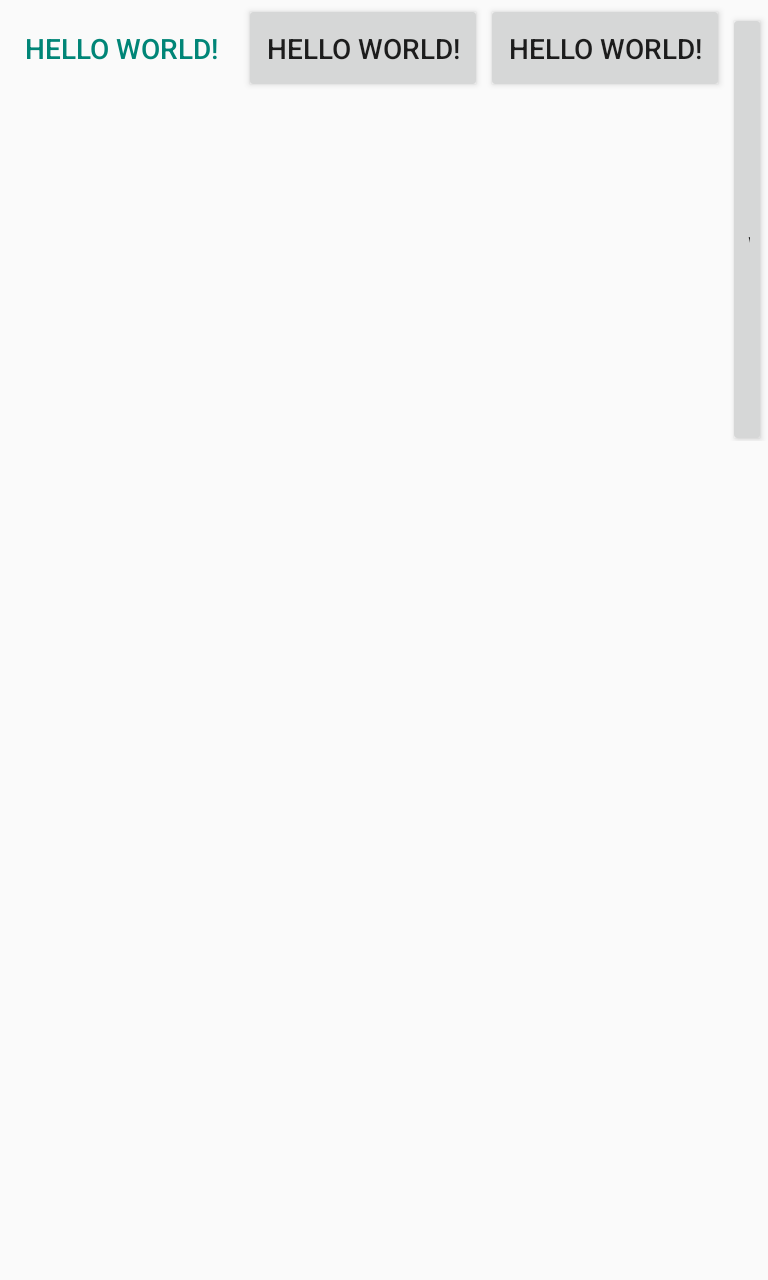
Repository: sdenom01/Anduino
Layout: Anduino/res/layout/activity_main.xml
These files come from the project's save history. The layout is drawn as it stood at one moment and after the next save; the edit follows.
It is drawn on a 768 x 1280 px phone screen (xhdpi) without system bars, with theme AppTheme; the app's code is not run. Lists and similar views that code fills are empty.

Above is the layout before, as saved 2014-07-08 21:02:08.

### Anduino/res/layout/activity_main.xml
<LinearLayout xmlns:android="http://schemas.android.com/apk/res/android"
    xmlns:tools="http://schemas.android.com/tools"
    android:layout_width="match_parent"
    android:layout_height="match_parent"
    android:orientation="vertical"
    tools:context="${packageName}.${activityClass}" >

    <LinearLayout
        android:layout_width="wrap_content"
        android:layout_height="wrap_content"
        android:orientation="horizontal" >

        <Button
            android:id="@+id/button1"
            style="?android:attr/buttonBarButtonStyle"
            android:layout_width="wrap_content"
            android:layout_height="wrap_content"
            android:clickable="true"
            android:onClick="on"
            android:text="@string/On" />

        <Button
            android:id="@+id/button2"
            android:layout_width="wrap_content"
            android:layout_height="wrap_content"
            android:clickable="true"
            android:onClick="off"
            android:text="@string/Off" />

        <Button
            android:id="@+id/button3"
            android:layout_width="wrap_content"
            android:layout_height="wrap_content"
            android:clickable="true"
            android:onClick="visible"
            android:text="@string/Visible" />

        <Button
            android:id="@+id/button4"
            android:layout_width="wrap_content"
            android:layout_height="wrap_content"
            android:clickable="true"
            android:onClick="list"
            android:text="@string/List" />
    </LinearLayout>

    <LinearLayout
        android:layout_width="wrap_content"
        android:layout_height="wrap_content"
        android:orientation="horizontal" >

        <ListView
            android:id="@+id/listView1"
            android:layout_width="wrap_content"
            android:layout_height="wrap_content" />
    </LinearLayout>

</LinearLayout>

### Anduino/res/values/strings.xml
<?xml version="1.0" encoding="utf-8"?>
<resources>

    <string name="app_name">Anduino</string>
    <string name="On">Hello world!</string>
    <string name="Visible">Hello world!</string>
    <string name="List">Hello world!</string>
    <string name="Off">Hello world!</string>

</resources>

Loaded but not shown: Anduino/res/values/styles.xml (common file); Anduino/res/values-v11/styles.xml (common file); Anduino/res/values-v14/styles.xml (common file)

After the next save:
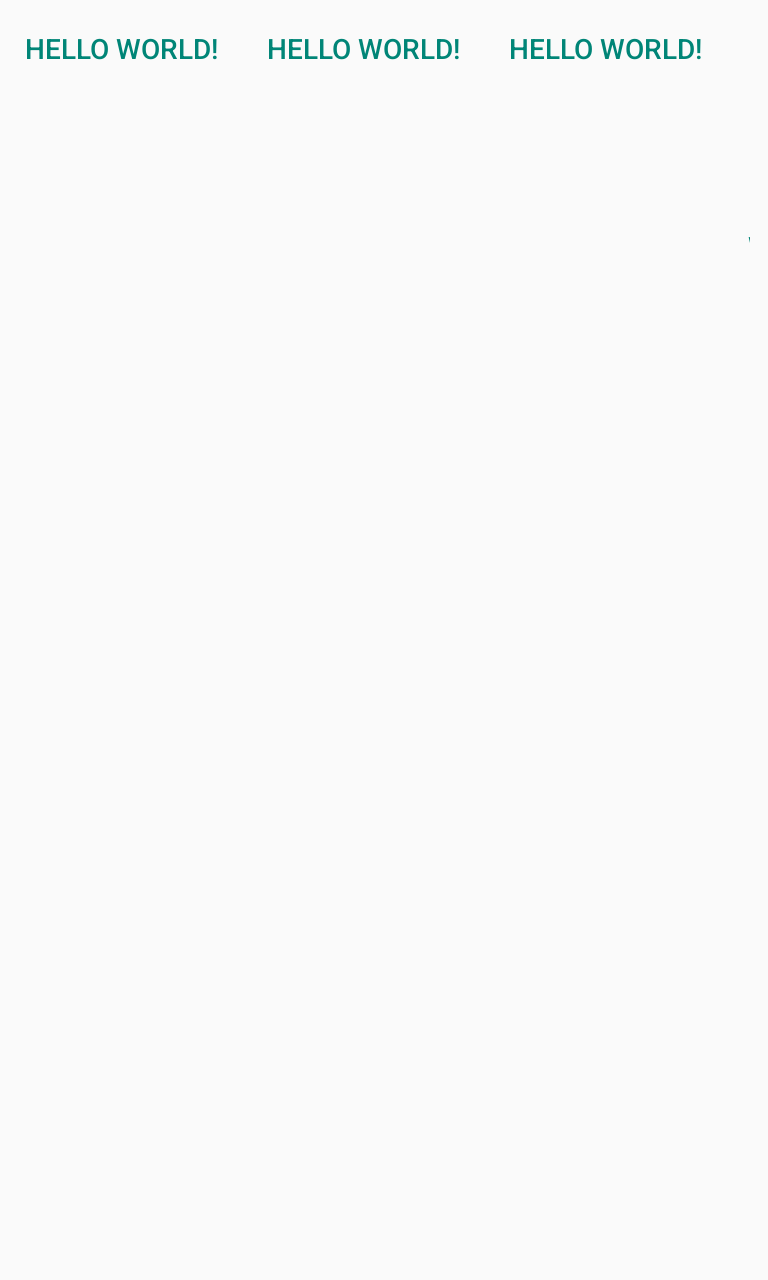
Saved 12 s later.
--- a/Anduino/res/layout/activity_main.xml
+++ b/Anduino/res/layout/activity_main.xml
@@ -21,6 +21,7 @@
 
         <Button
             android:id="@+id/button2"
+            style="?android:attr/buttonBarButtonStyle"
             android:layout_width="wrap_content"
             android:layout_height="wrap_content"
             android:clickable="true"
@@ -29,6 +30,7 @@
 
         <Button
             android:id="@+id/button3"
+            style="?android:attr/buttonBarButtonStyle"
             android:layout_width="wrap_content"
             android:layout_height="wrap_content"
             android:clickable="true"
@@ -37,6 +39,7 @@
 
         <Button
             android:id="@+id/button4"
+            style="?android:attr/buttonBarButtonStyle"
             android:layout_width="wrap_content"
             android:layout_height="wrap_content"
             android:clickable="true"
